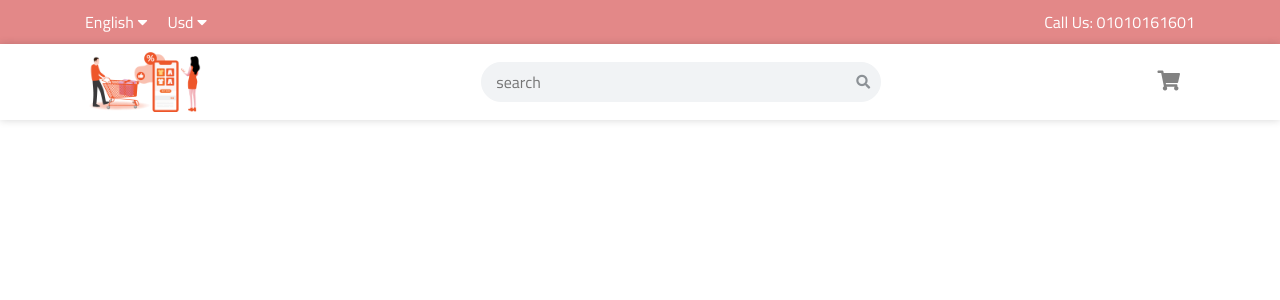
Repository: amrh20/ecommerce-temp
Page: src/index.html
These files come from the project's save history. The page is drawn as it stood at one moment and after the next save; the edit follows.
The browser window is 1280 px wide. The pictures show the whole page.
The style sheet was rebuilt from its Sass, Less or Tailwind sources for each picture, by a compiler version that may differ from the author's.

Above is the page before, as saved 2020-01-19 11:04:58.

After the next save:
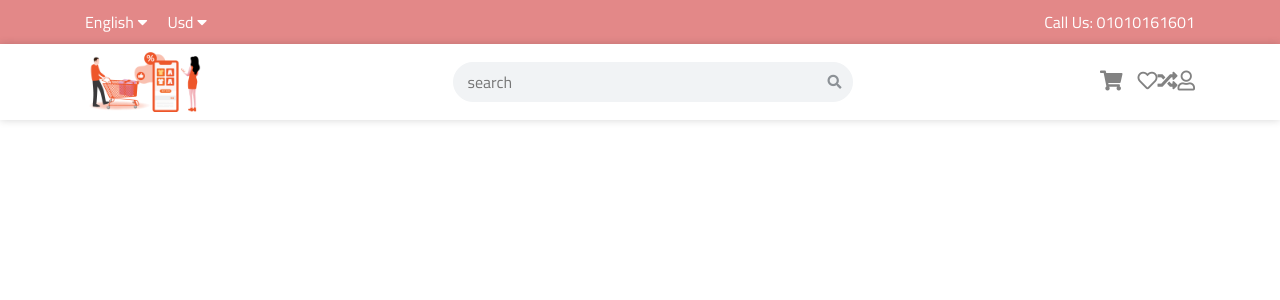
Saved 47 s later.
--- a/src/index.html
+++ b/src/index.html
@@ -150,35 +150,19 @@
                   </div>
 
                 </div>
-                <!-- <div class="icon">
+                <div class="icon">
                   <div class="icon_head">
                     <i class="far fa-heart"></i>
                   </div>
 
-                  <div class="icon_Allcontent">
-                    <div class="icon_details">
-                      <div class="icon_content">
-                      fsdfs
-                      </div>
 
-                    </div>
-
-
-                    <div class="icon_content-overlay">
-                    </div>
-
-                    <div class="cart_btns">
-                      <button class="temp_button">view wishlist</button>
-
-                    </div>
-                  </div>
                 </div>
                 <div class="icon">
                   <i class="fa fa-random"></i>
                 </div>
                <div class="icon">
                 <i class="far fa-user"></i>
-               </div> -->
+               </div>
 
               </div>
             </div>
